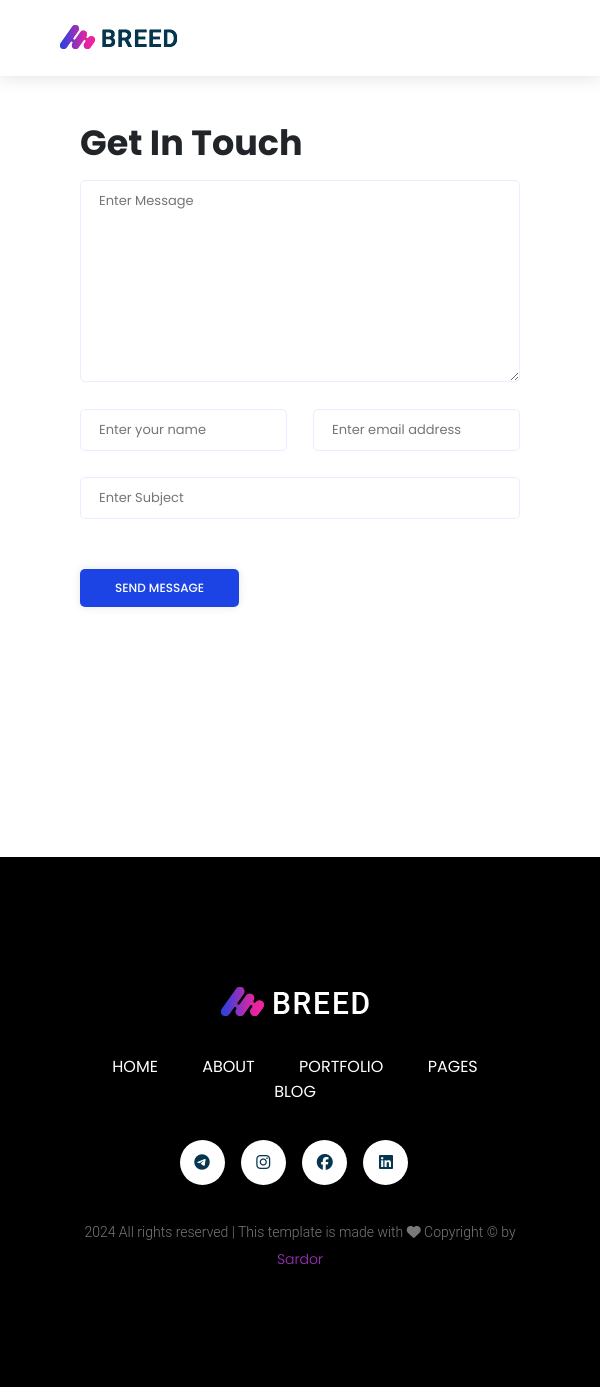
Repository: whoami2991/Sardorbek-Portfolio---Home
Page: contact.html
The author's editor kept a copy of each file at every save. The page is drawn from the files as they stood at one save, then again after the next save.
The browser window is 600 px wide. The pictures show the whole page.

Above is the page before, as saved 2024-08-03 21:22:10.

After the next save:
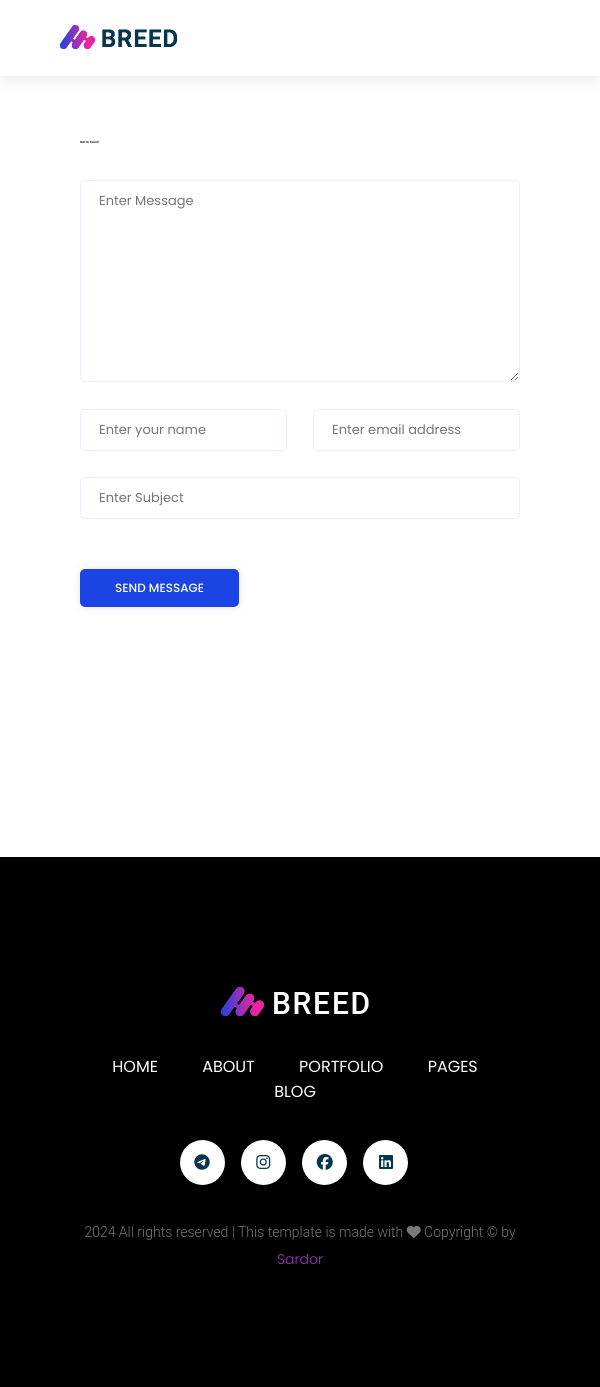
Saved 19 s later.
--- a/shared.css
+++ b/shared.css
@@ -186,6 +186,6 @@ body{
         font-size: 12px;
     }
     .section-title{
-        font-size: 35px;
+        font-size: 3px;
     }
 }
